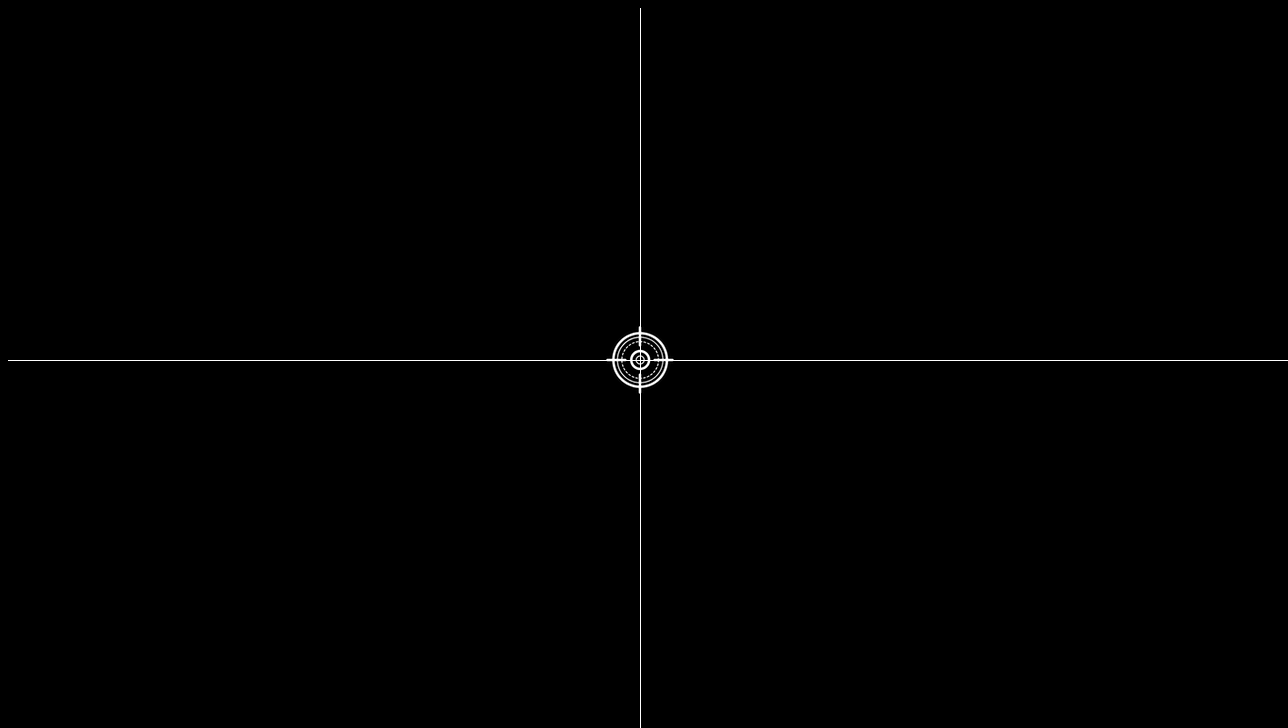
Repository: rladpwl0512/dreamcoding_browser101
Page: (2) coordinates/index.html
These files come from the project's save history. The page is drawn as it stood at one moment and after the next save; the edit follows.
The browser window is 1280 px wide. The page is 1288 px wide, so the pictures cover 1288 px, including what lies to the right of the window. The pictures show the whole page.

Above is the page before, as saved 2021-09-30 19:01:32.

After the next save:
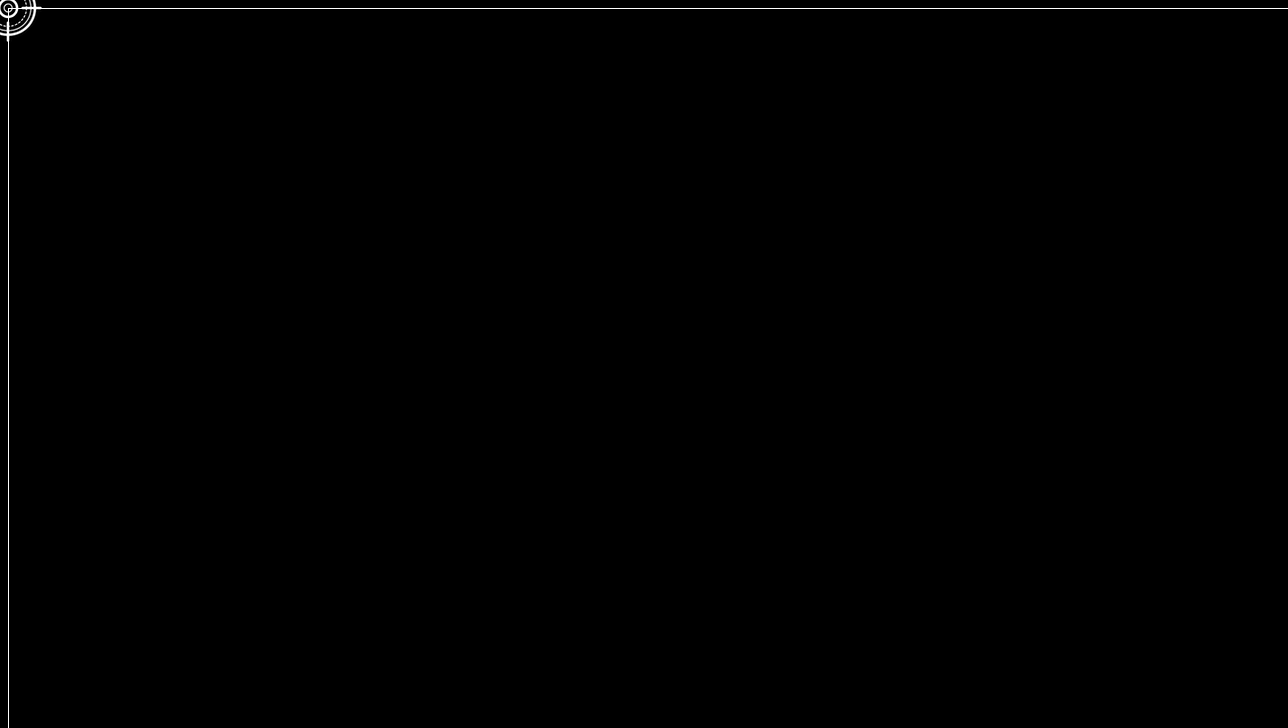
Saved 39 s later.
--- a/(2) coordinates/style.css
+++ b/(2) coordinates/style.css
@@ -9,28 +9,22 @@ body {
 .horizon {
   width: 100%;
   height: 1px;
-  top: 50%;
 
 }
 
 .vertical {
   height: 100%;
   width: 1px;
-  left: 50%;
 }
 
 .target {
   position: absolute;
-  left: 50%;
-  top: 50%;
   transform: translate(-50%, -50%); /*요소의 절반만큼 x에서 이동, 요소의 높이만큼 50% 이동*/
 }
 
 .tag {
   color: white;
   position: absolute;
-  left: 50%;
-  top: 50%;
   transform: translate(20px, 20px);
   font-size: 38px;
 }
